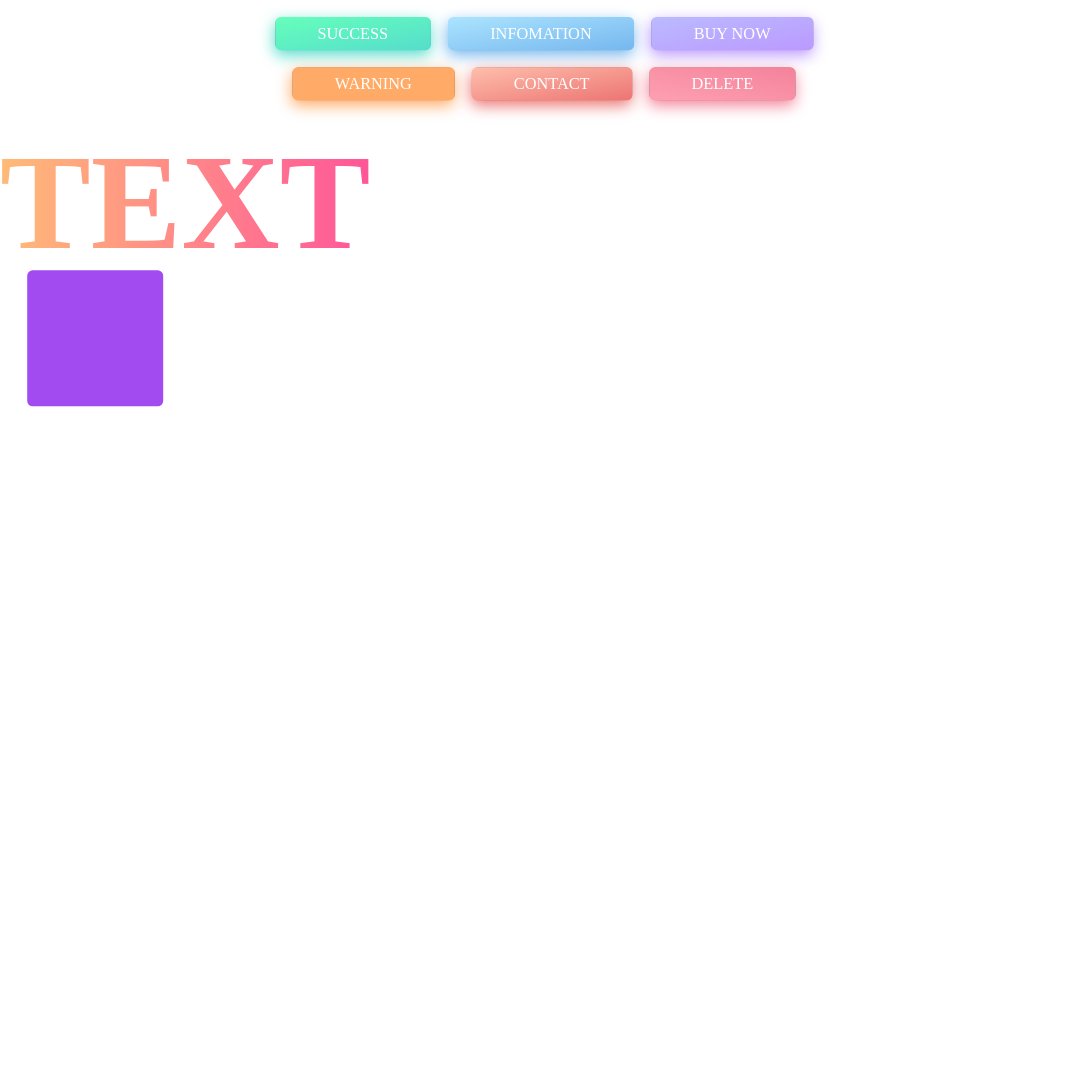
Repository: ThanhPhongsof/Css-Course
Page: index.html
The author's editor kept a copy of each file at every save. The page is drawn from the files as they stood at one save, then again after the next save.
The browser window is 1280 px wide. The pictures show the whole page, at 85% of full size.

Above is the page before, as saved 2022-05-16 09:01:08.

### index.html
<!DOCTYPE html>
<html lang="en">
  <head>
    <meta charset="UTF-8" />
    <meta http-equiv="X-UA-Compatible" content="IE=edge" />
    <meta name="viewport" content="width=device-width, initial-scale=1.0" />
    <title>Document</title>
    <link rel="stylesheet" href="./reset.css" />
    <link rel="stylesheet" href="./styles.css" />
  </head>
  <body>
    <div class="group-button">
      <a href="" class="button button--green">success</a>
      <a href="" class="button button--blue">infomation</a>
      <a href="" class="button button--purple">buy now</a>
    </div>
    <div class="group-button">
      <a href="" class="button button--orange">warning</a>
      <a href="" class="button button--red">contact</a>
      <a href="" class="button button--pink">delete</a>
    </div>
    <div class="group-text">
      <span class="title tittle--primary">text</span>
    </div>
    <ul class="color__list">
      <li class="color__item"></li>
      <li class="color__item"></li>
      <li class="color__item"></li>
      <li class="color__item"></li>
      <li class="color__item"></li>
    </ul>
  </body>
</html>

### styles.css
/* 1. Tạo ra 6 buttons với kiến thức đã học, và có gradient đẹp như hình, có thể sử dụng BEM như `btn btn--green` chẳng hạn, trong các buttons này đều có `box-shadow` tương ứng với màu gradient luôn nên chú ý nhé: assets.materialup.com/uploads/cc065902-1545-4f0f-adc3-b9344a4f0a56/preview.png */

.group-button {
  display: flex;
  align-items: center;
  justify-content: center;
  gap: 20px;
  margin-top: 20px;
}

.button {
  text-decoration: none;
  text-transform: uppercase;
  background: #000;
  color: white;
  font-size: 1.2rem;
  padding: 10px 50px;
  border-radius: 0.4rem;
  font-weight: 500;
}

.button--green {
  background-image: linear-gradient(to right bottom, #6fb, #5dc);
  box-shadow: -1px 6px 17px #5dc;
}

.button--blue {
  background-image: linear-gradient(to right bottom, #ace4ff, #75b7ee);
  box-shadow: -1px 6px 17px #75b7ee;
}

.button--purple {
  background-image: linear-gradient(to right bottom, #bbf, #b9f);
  box-shadow: -1px 6px 17px #b9f;
}

.button--orange {
  background-image: linear-gradient(to right bottom, #fa6, #fa6);
  box-shadow: -1px 6px 17px #fa6;
}

.button--red {
  background-image: linear-gradient(to right bottom, #febfac, #ed7473);
  box-shadow: -1px 6px 17px #ed7473;
}

.button--pink {
  background-image: linear-gradient(to top right, #fea0b1, #f4829a);
  box-shadow: -1px 6px 17px #f4829a;
}

.group-text {
  margin-top: 40px;
}

.title {
  display: inline-bl ock;
  font-weight: bold;
  text-transform: uppercase;
  font-size: 10rem;
}

/* 2. Tạo ra text gradient đơn giản như hình: evondev.com/wp-content/uploads/2021/09/TextFill_image6.png */

.tittle--primary {
  background-image: linear-gradient(to right, #fb7, #f59);
  color: transparent;
  -webkit-background-clip: text;
  background-clip: transparent;
}
/*
3. Sử dụng CSS về `child` hoặc `type` để làm các màu như hình ví dụ `color__item:first-child{background-color:red}`: cdn.dribbble.com/users/757683/screenshots/5942067/attachments/1281258/style_02.jpg */

.color__item {
  width: 10rem;
  height: 10rem;
  border-radius: 0.4rem;
  margin-left: 2rem;
  margin-bottom: 2rem;
}

.color__item:first-child {
  background-color: #a24bf0;
}

Loaded but not shown: reset.css (common file)

After the next save:
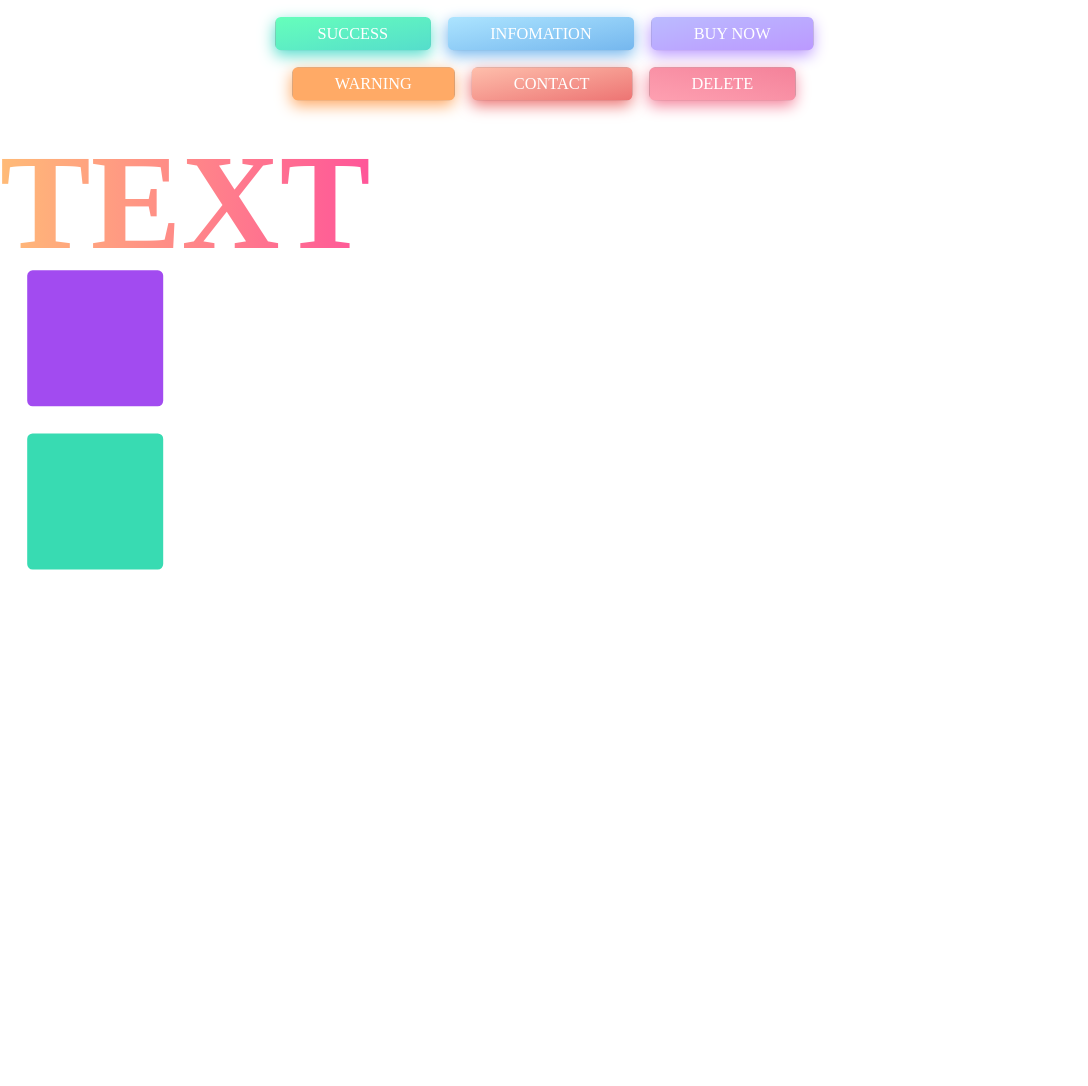
Saved 35 s later.
--- a/styles.css
+++ b/styles.css
@@ -82,3 +82,7 @@
 .color__item:first-child {
   background-color: #a24bf0;
 }
+
+.color__item:nth-child(2) {
+  background-color: #38dbb2;
+}
